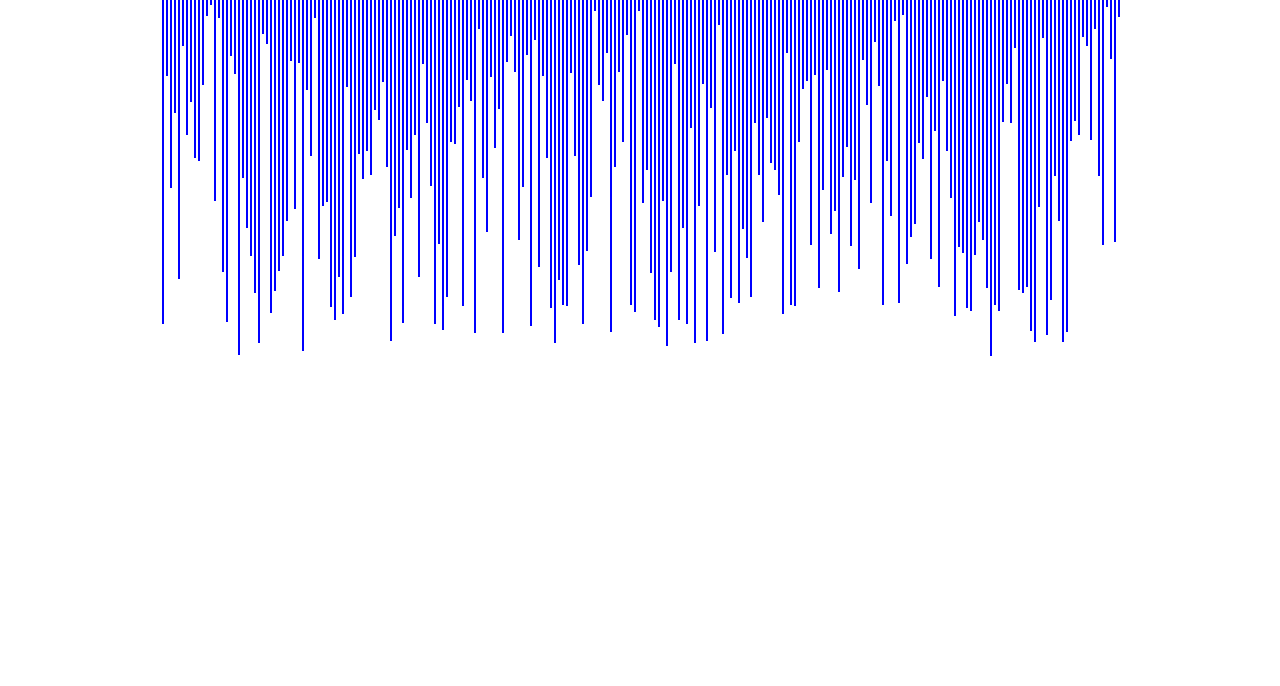
Repository: rehans-Life/sorting-visualizer
Page: /
These files come from the project's save history. The page is drawn as it stood at one moment and after the next save; the edit follows.
The browser window is 1280 px wide. The pictures show the whole page.
The project was rebuilt for these pictures with package versions that can differ from the ones it lists, and the page was loaded fresh each time. The framework's server and built-in components were replaced by stand-ins that run in the browser. Also part of the build but not shown: next.config.js.

Above is the page before, as saved 2023-03-17 18:25:56.

After the next save:
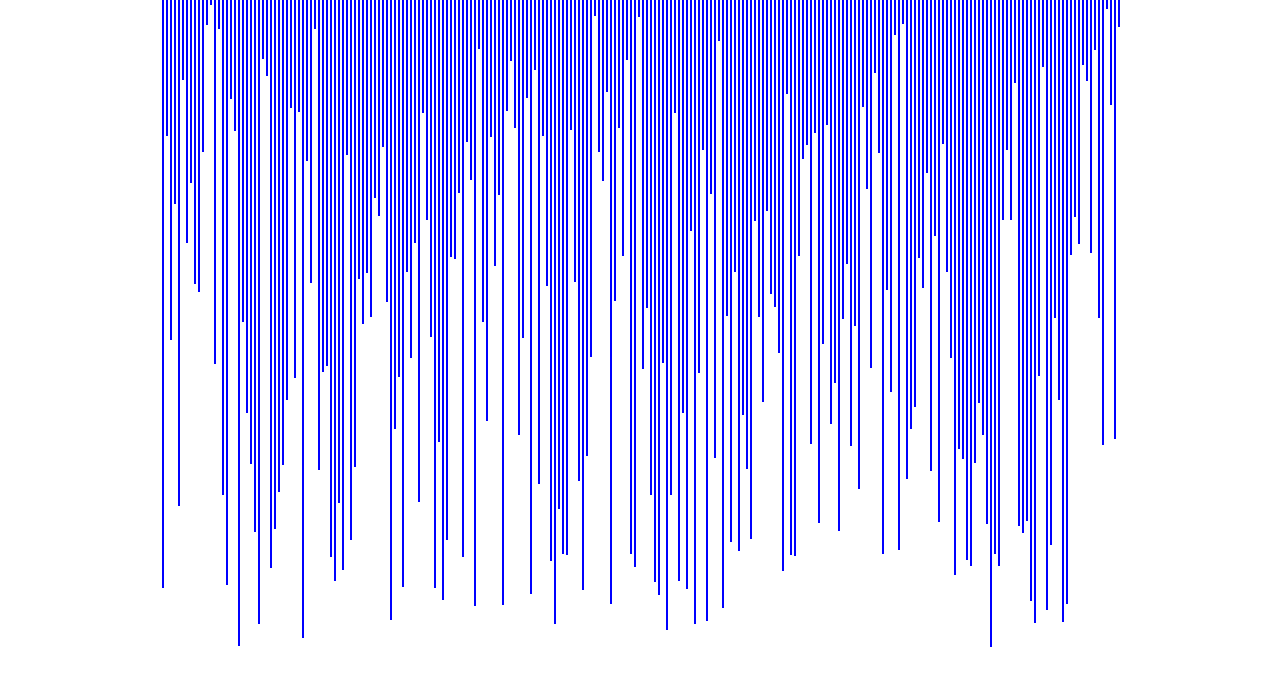
Saved 67 s later.
--- a/pages/index.js
+++ b/pages/index.js
@@ -27,7 +27,7 @@ export default function Home() {
   useEffect(() => {
     const findBars = () => {
       let width = arrRef.current.clientWidth;
-      let height = containerRef.current.clientHeight / 2;
+      let height = containerRef.current.clientHeight / 1.1;
       let bars = Math.floor(width / 4);
       setBars(bars);
       setHeight(height);
